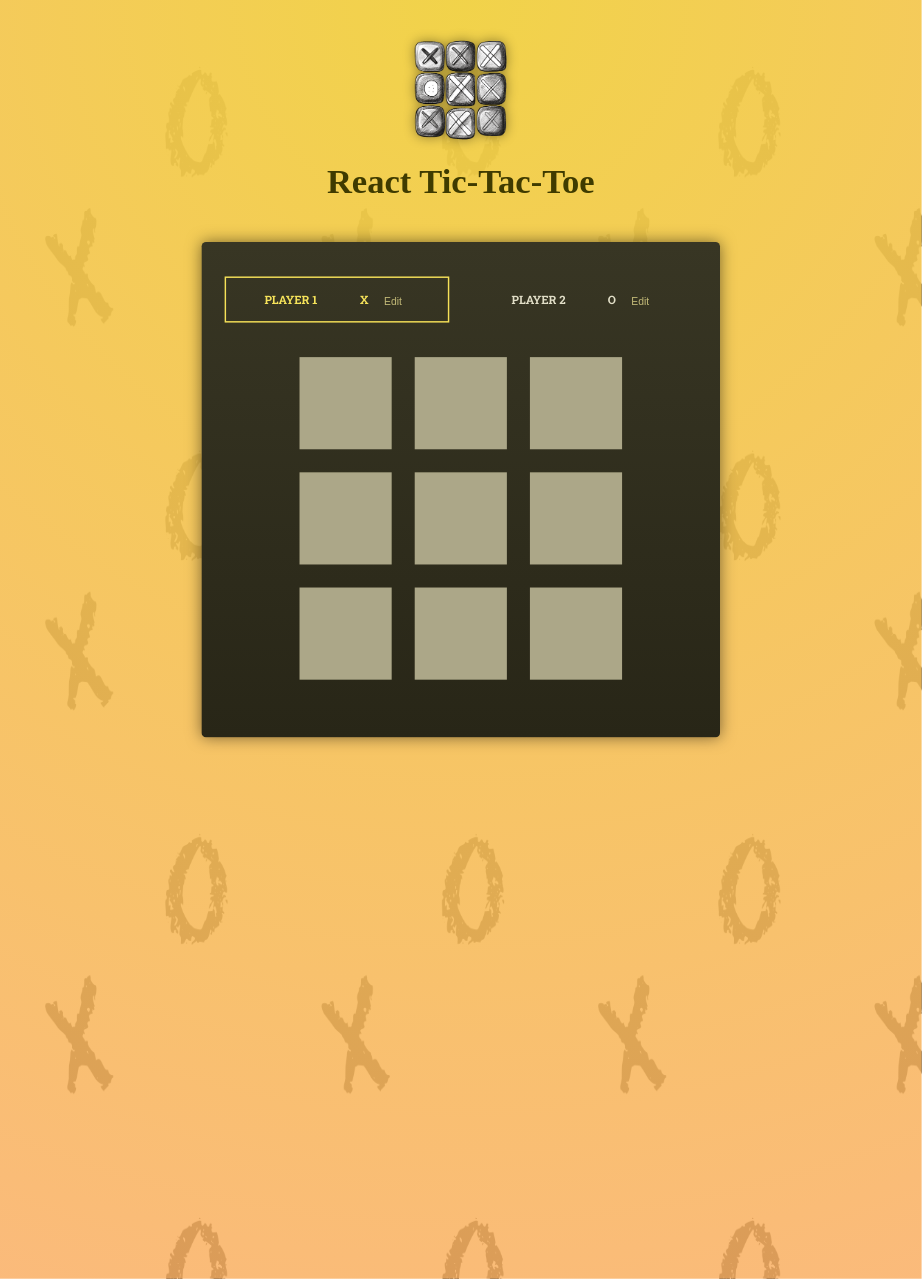
Repository: ooluchi/tic-tac-toe-rprac
Page: /
The author's editor kept a copy of each file at every save. The page is drawn from the files as they stood at one save, then again after the next save.
The browser window is 1280 px wide. The pictures show the whole page, at 72% of full size.
Some web fonts or font styles are not loaded; a fallback is used. The project was rebuilt for these pictures with package versions that can differ from the ones it lists, and the page was loaded fresh each time. Also part of the build but not shown: vite.config.js.

Above is the page before, as saved 2024-11-05 14:23:32.

After the next save:
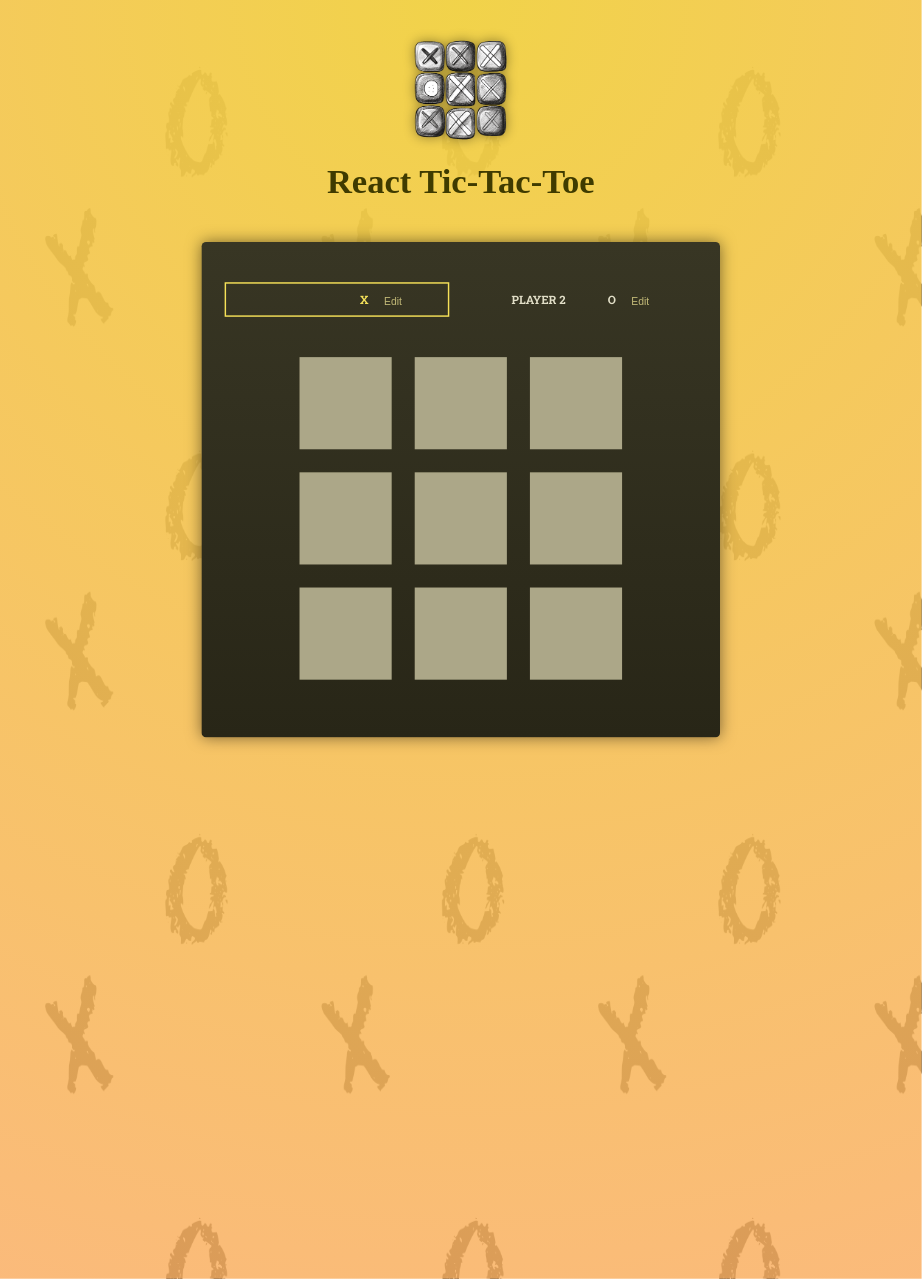
Saved 8 min 38 s later.
--- a/src/App.jsx
+++ b/src/App.jsx
@@ -13,7 +13,7 @@
    <main>
     <div id="game-container">
       <ol id="players" className="highlight-player">
-        <Player intialName ="Player 1" symbol="X" isActive={activePlayer === 'X'} />
+        <Player initialName ="Player 1" symbol="X" isActive={activePlayer === 'X'} />
         <Player intialName ="Player 2" symbol="O" isActive={activePlayer === 'O'} />
 
       </ol>

After the save that followed:
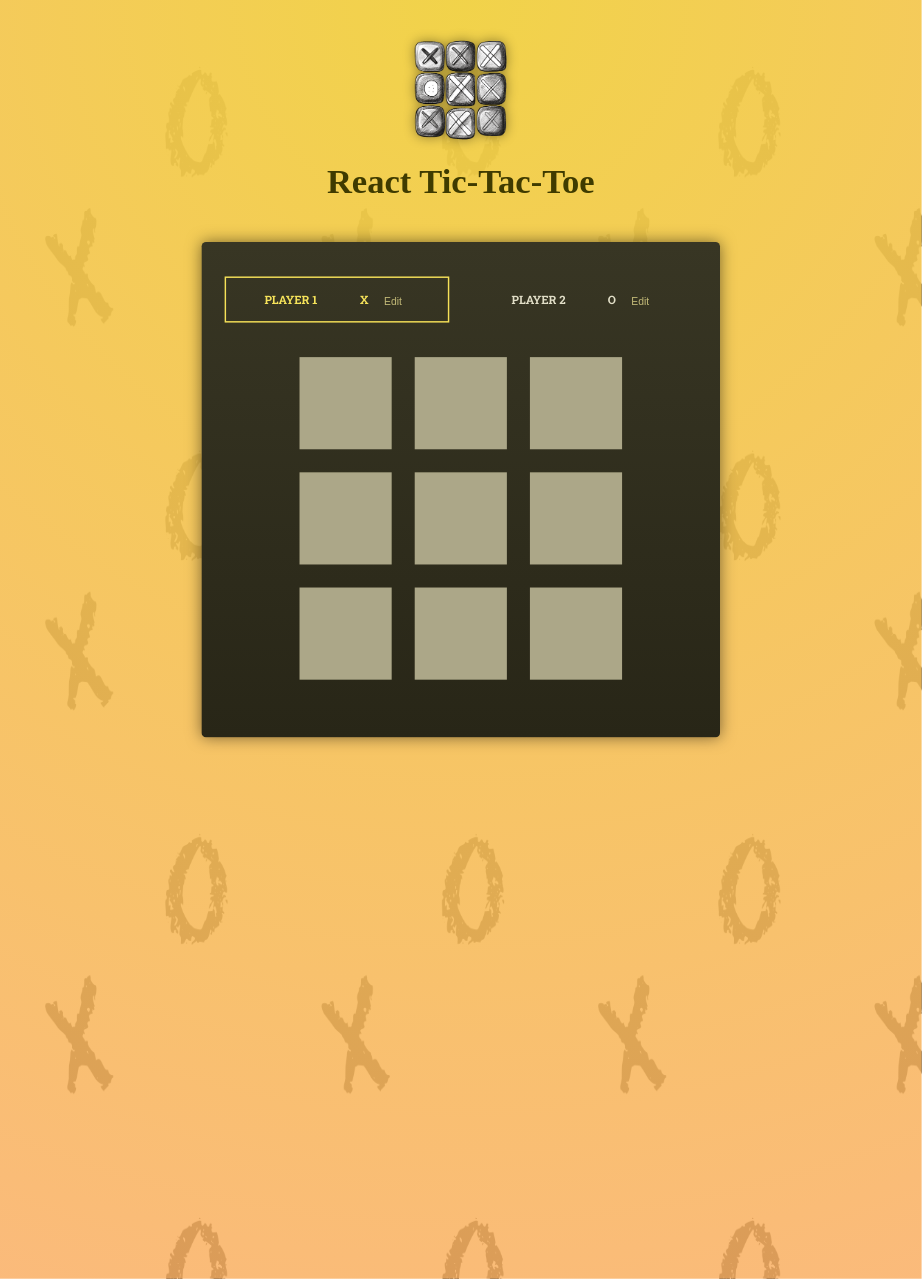
Saved 17 s later.
--- a/src/App.jsx
+++ b/src/App.jsx
@@ -13,7 +13,7 @@
    <main>
     <div id="game-container">
       <ol id="players" className="highlight-player">
-        <Player initialName ="Player 1" symbol="X" isActive={activePlayer === 'X'} />
+        <Player intialName ="Player 1" symbol="X" isActive={activePlayer === 'X'} />
         <Player intialName ="Player 2" symbol="O" isActive={activePlayer === 'O'} />
 
       </ol>
